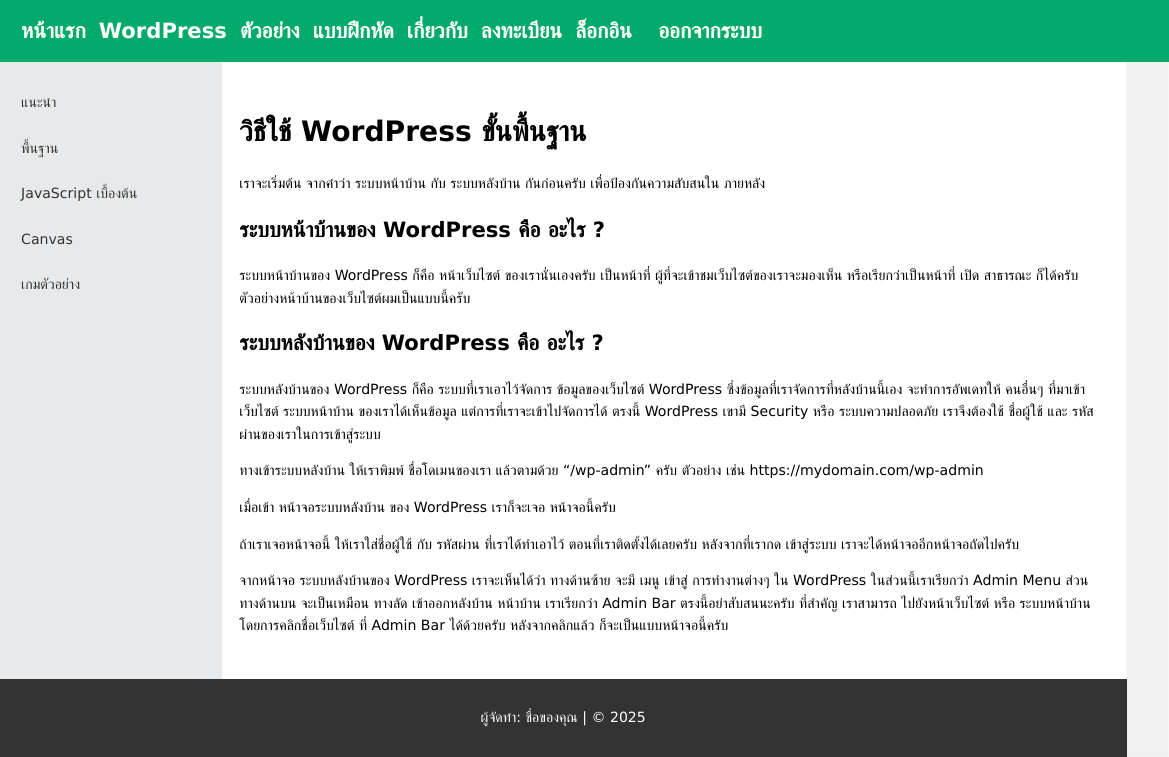
Repository: staggil/thesis
Page: lessons/basic.html
These files come from the project's save history. The page is drawn as it stood at one moment and after the next save; the edit follows.
The browser window is 1280 px wide. The page is 1328 px wide, so the pictures cover 1328 px, including what lies to the right of the window. The pictures show the whole page, at 88% of full size.
The page's requests for data from a server got no answer.

Above is the page before, as saved 2025-12-16 07:42:05.

After the next save:
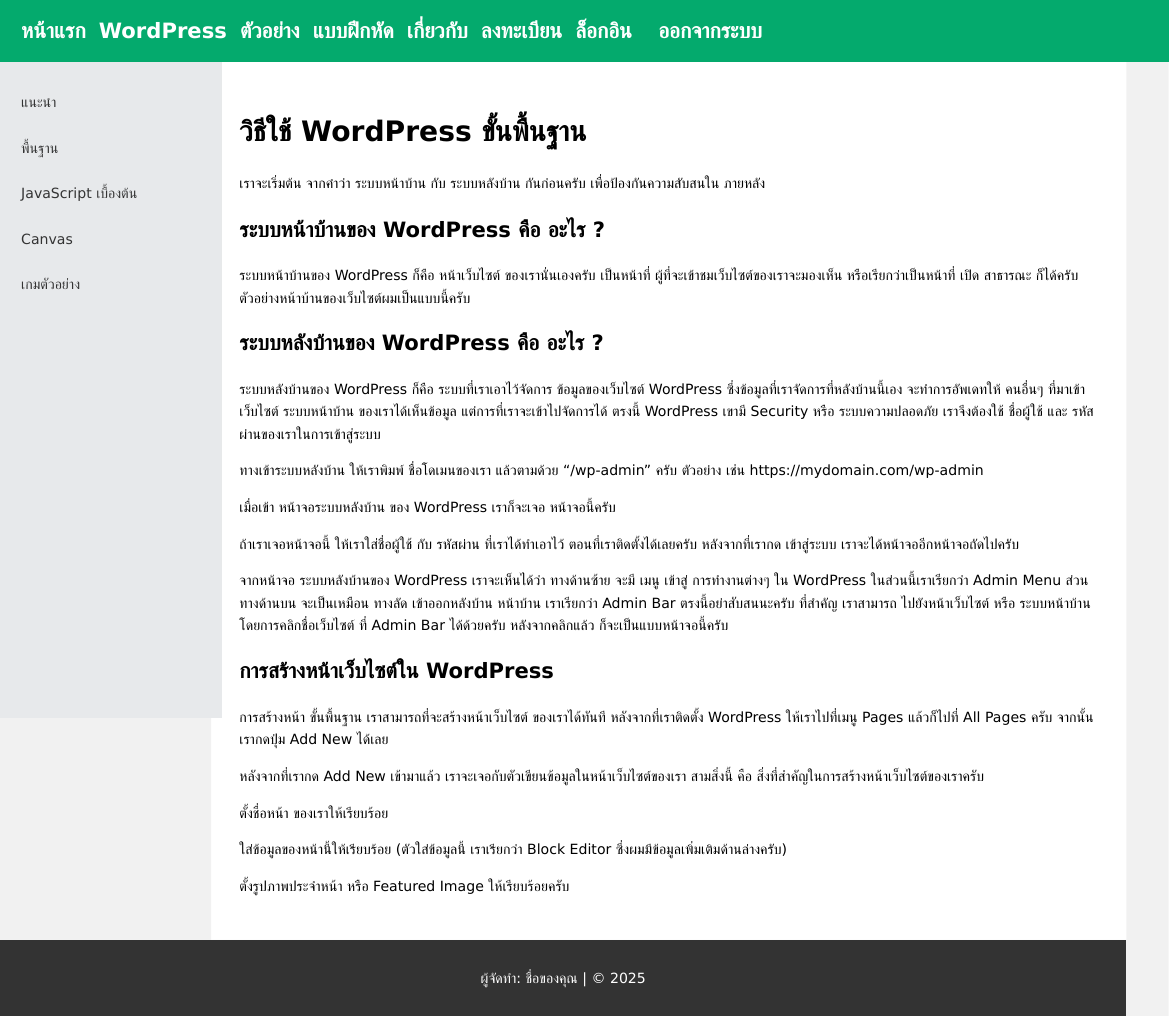
Saved 2 min 1 s later.
--- a/lessons/basic.html
+++ b/lessons/basic.html
@@ -40,6 +40,13 @@
              จะเป็นเหมือน ทางลัด เข้าออกหลังบ้าน หน้าบ้าน เราเรียกว่า Admin Bar ตรงนี้อย่าสับสนนะครับ ที่สำคัญ เราสามารถ ไปยังหน้าเว็บไซต์ หรือ ระบบหน้าบ้าน โดยการคลิกชื่อเว็บไซต์
               ที่ Admin Bar ได้ด้วยครับ หลังจากคลิกแล้ว ก็จะเป็นแบบหน้าจอนี้ครับ</p>
 
+            <h2>การสร้างหน้าเว็บไซต์ใน WordPress</h2>
+            <p>การสร้างหน้า ขั้นพื้นฐาน เราสามารถที่จะสร้างหน้าเว็บไซต์ ของเราได้ทันที หลังจากที่เราติดตั้ง WordPress
+                ให้เราไปที่เมนู Pages แล้วก็ไปที่ All Pages ครับ จากนั้น เรากดปุ่ม Add New ได้เลย</p>
+            <p>หลังจากที่เรากด Add New เข้ามาแล้ว เราจะเจอกับตัวเขียนข้อมูลในหน้าเว็บไซต์ของเรา สามสิ่งนี้ คือ สิ่งที่สำคัญในการสร้างหน้าเว็บไซต์ของเราครับ</p>
+            <p>ตั้งชื่อหน้า ของเราให้เรียบร้อย</p>
+            <p>ใส่ข้อมูลของหน้านี้ให้เรียบร้อย (ตัวใส่ข้อมูลนี้ เราเรียกว่า Block Editor ซึ่งผมมีข้อมูลเพิ่มเติมด้านล่างครับ)</p>
+            <p>ตั้งรูปภาพประจำหน้า หรือ Featured Image ให้เรียบร้อยครับ</p>
 
 
 
